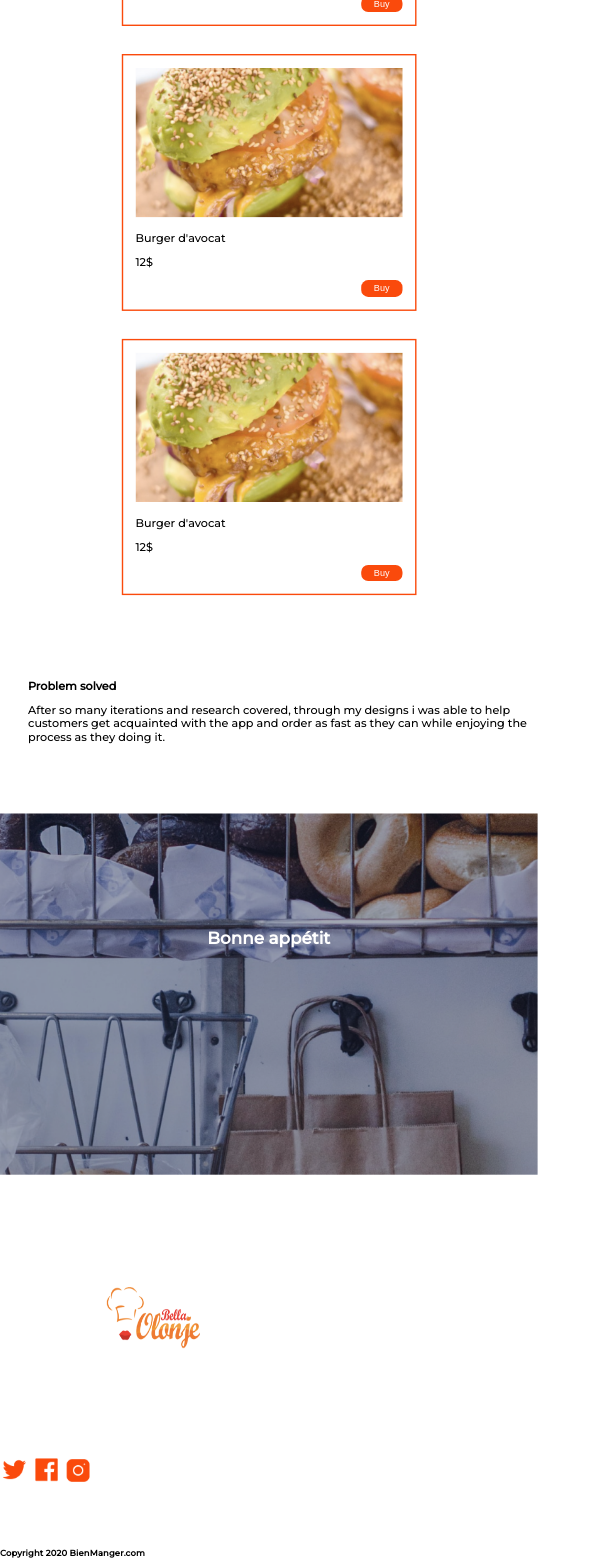
Repository: Ahlam-belhadj/bella-olange
Page: index.html
The author's editor kept a copy of each file at every save. The page is drawn from the files as they stood at one save, then again after the next save.
The browser window is 768 px wide. The page is 858 px wide, so the pictures cover 858 px, including what lies to the right of the window. The pictures show the part of the page from y = 4203 to 6443 px (the page is 6443 px tall before and 6160 px after), at 70% of full size.

Above is the page before, as saved 2023-02-12 00:41:59.

After the next save:
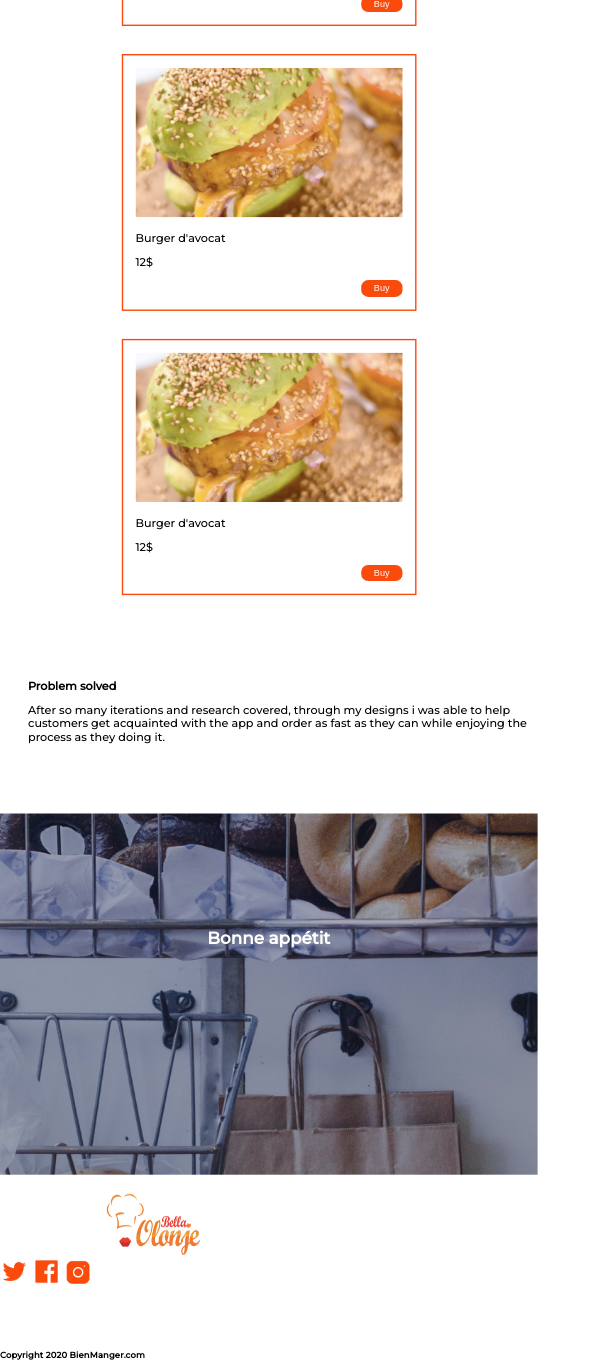
Saved 10 s later.
--- a/style.css
+++ b/style.css
@@ -276,7 +276,7 @@ strong {
     .footer_logo{
         width: 150px;
         height: 100px;
-       padding: 150px;
+       padding-left: 150px;
     }
     .social {
         padding: 0;
